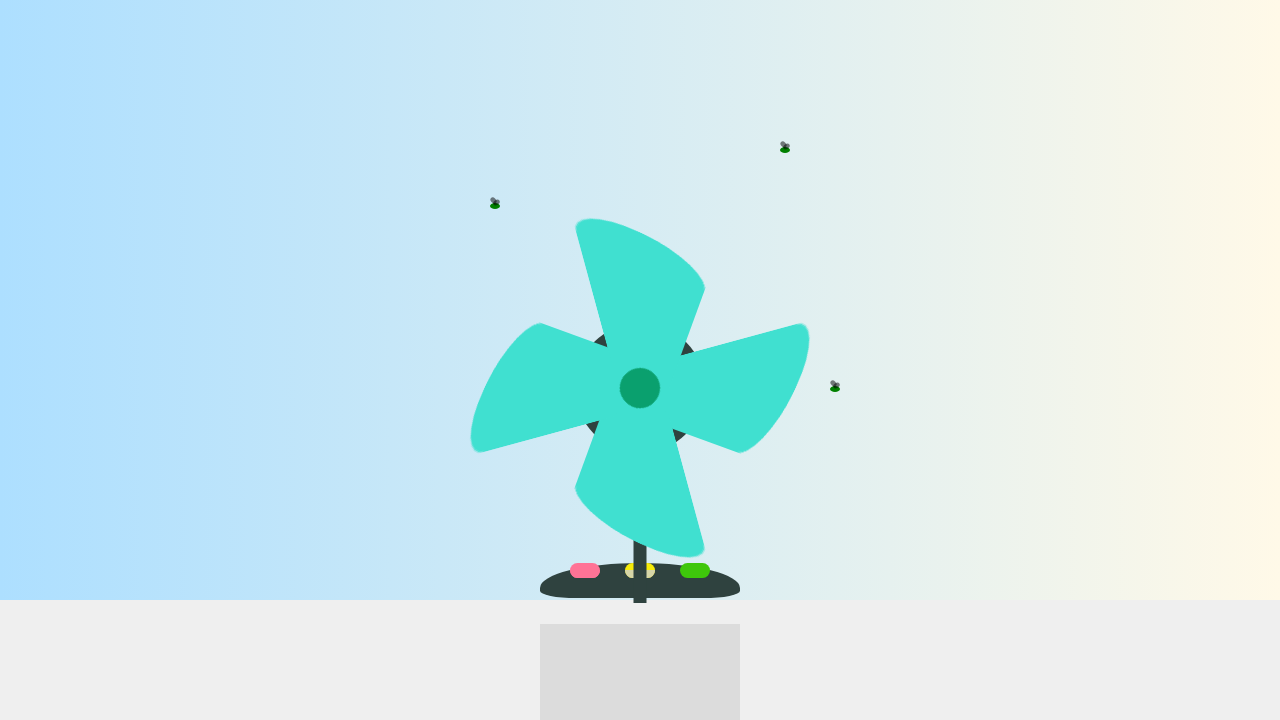
Repository: VuTuanAnh0949/CodeFan
Page: index.html
These files come from the project's save history. The page is drawn as it stood at one moment and after the next save; the edit follows.
The browser window is 1280 px wide. The pictures show the whole page.

Above is the page before, as saved 2022-06-22 11:58:02.

### index.html
<!DOCTYPE html>
<html lang="en">
<head>
    <meta charset="UTF-8">
    <meta http-equiv="X-UA-Compatible" content="IE=edge">
    <meta name="viewport" content="width=device-width, initial-scale=1.0">
    <title>Document</title>
    <link rel="stylesheet" href="style.css">
</head>
<body>
    <div class="windows">
        <div class="window"></div>

    </div>
    <div class="fan">
        <div class="fan__root"> <span class="top"> <label class="green" for="engine"></label> <label class="yellow"
                    for="engine2"></label> <label class="pink" for="jack"></label> </span> <span class="bottom"></span>
        </div>
        <div class="fan__staddle"></div> <input type="checkbox" id="jack" hidden />
        <div class="head">
            <div class="fan__engine"> <span class="center"></span> </div> <input type="checkbox" id="engine" hidden
                checked />
            <div> <span class="fly"></span> <span class="fly"></span> <span class="fly"></span>
                <div class="fan__blades"> <input type="checkbox" id="engine2" hidden checked />
                    <div class="fan__blades">
                        <div class="center"></div>
                        <div class="blade"><span></span></div>
                        <div class="blade"><span></span></div>
                        <div class="blade"><span></span></div>
                        <div class="blade"><span></span></div>
                    </div>
                </div>
            </div>
        </div>
    </div>

</body>
</html>

### style.css
html {
    overflow: hidden;
}

body {
    overflow: hidden;
    margin: 0;
    padding: 0;
    background: linear-gradient(90deg, #addfff, #fff9e8);
    display: flex;
    justify-content: center;
    align-items: center;
    width: 100vw;
    height: 100vh;
    position: relative;
}

body::after {
    position: absolute;
    width: 100%;
    content: "";
    height: calc(100% - 600px);
    z-index: 0;
    background: #efefef;
    bottom: 0;
}

@keyframes spin {
    from {
        transform: rotate(0deg);
    }

    to {
        transform: rotate(360deg);
    }
}

@keyframes off {
    to {
        transform: rotate(380deg);
    }
}

@keyframes off2 {
    to {
        transform: rotate(880deg);
    }
}

@keyframes fly {
    to {
        margin-top: 50px;
    }
}

span {
    display: block;
}

.windows {
    width: 100vw;
    height: 100vh;
    position: absolute;
    z-index: 0;
    top: 0;
    left: 0;
    display: flex;
    align-content: flex-start;
}


.fly {
    transition: 0.5s all cubic-bezier(0.04, 0.06, 0, 1.18), 1s transform;
    width: 10px;
    height: 6px;
    background: green;
    border-radius: 50%;
    position: absolute;
    animation: fly 5s alternate infinite ease-in-out;
}

.fly:nth-of-type(1) {
    top: -78px;
    left: -200px;
}

.fly:nth-of-type(2) {
    transform: translateY(-10px);
    animation-delay: 4s;
    top: 5px;
    right: -250px;
}

.fly:nth-of-type(3) {
    transform: translateY(0px);
    top: 400px;
    animation-delay: 2s;
    right: -400px;
}

.fly::after,
.fly::before {
    content: "";
    position: absolute;
    width: 7px;
    height: 5px;
    background-color: rgba(0, 0, 0, 0.5);
    display: block;
    border-radius: 50%;
}

.fly::before {
    bottom: 4px;
    transform: rotate(325deg);
    left: 3px;
}

.fly::after {
    transform: rotate(45deg);
    bottom: 6px;
}

.fan {
    width: 500px;
    height: 500px;
    position: relative;
    z-index: 1;
    margin-top: 75px;
    perspective: 500px;
}

.fan::after {
    content: "";
    display: block;
    position: absolute;
    height: 500px;
    width: 200px;
    background: rgba(0, 0, 0, 0.08);
    top: calc(100% - 24px);
    left: calc(50% - 100px);

}

.fan__root {
    width: 200px;
    position: absolute;
    bottom: 0;
    left: 50%;
    transform: translateX(-50%);
}

.fan__root .top {
    overflow: hidden;
    width: 200px;
    height: 25px;
    position: relative;
}

.fan__root .top::after {
    content: "";
    display: block;
    width: 200px;
    height: 50px;
    background: #2f423f;
    border-radius: 50%;
}

.fan__root .top .green {
    position: absolute;
    width: 30px;
    height: 15px;
    border-radius: 15px;
    display: block;
    right: 30px;
    background: #3EC70B;
    cursor: pointer;
    overflow: hidden;
}

.fan__root .top .yellow {
    position: absolute;
    width: 30px;
    height: 15px;
    border-radius: 15px;
    display: block;
    right: 85px;
    background: #F7EC09;
    cursor: pointer;
    overflow: hidden;
}

.fan__root .top .yellow::after {
    content: "";
    display: block;
    width: 100%;
    height: 50%;
    position: absolute;
    bottom: 0;
    background: #F7EC09;
}

.fan__root .top .yellow::after {
    content: "";
    display: block;
    width: 100%;
    height: 50%;
    position: #F7EC09;
    bottom: 0;
    background: #D6D5A8;
}

.fan__root .top .pink {
    position: absolute;
    cursor: pointer;
    width: 30px;
    height: 15px;
    border-radius: 15px;
    display: block;
    left: 30px;
    background: #FF7396;
    overflow: hidden;
}

.fan__root .top .pink::after {
    content: "";
    display: block;
    width: 100%;
    height: 50%;
    position: absolute;
    bottom: 0;
    background: #FF7396;
}

.fan__root .bottom {
    overflow: hidden;
    width: 200px;
    height: 60px;
}

.fan__root .bottom::after {
    content: "";
    display: block;
    width: 200px;
    height: 40px;
    background: #2f423f;
    border-radius: 18%;
    transform: translateY(-30px);
}

.fan__staddle {
    position: absolute;
    bottom: 45px;
    background: #2f423f;
    height: 270px;
    width: 13px;
    left: 50%;
    transform: translateX(-50%);
}

.fan__engine {
    position: absolute;
    bottom: 0px;
    width: 130px;
    height: 130px;
    background: #2f423f;
    border-radius: 50%;
    left: 50%;
    transform: translateX(-50%);
}

.fan__engine::after {
    content: "";
    background: #2f423f;
    display: block;
    width: 25px;
    height: 50px;
    position: absolute;
    top: 105px;
    left: 50%;
    transform: translateX(-50%);
    border-radius: 0 0 5px 5px;
}

.fan__blades {
    width: 230px;
    height: 230px;
    position: absolute;
    bottom: -50px;
    transition: 2s;
    transform-origin: center center;
    left: calc(50% - 115px);
    z-index: 1;
    animation: spin infinite 0.38s linear forwards;
}

.fan__blades .fan__blades {
    bottom: 0;
    animation: spin infinite 0.5s linear forwards;
}

.fan__blades .blade {
    position: absolute;
    width: 80px;
    height: 100%;
    left: 50%;
    transform: translateX(-50%) skewY(25deg);
    perspective: 500px;
    transform-style: preserve-3d;
}

.fan__blades .blade:nth-child(2) {
    transform: translateX(-50%) rotate(90deg) skewY(25deg);
}

.fan__blades .blade:nth-child(3) {
    transform: translateX(-50%) rotate(180deg) skewY(25deg);
}

.fan__blades .blade:nth-child(4) {
    transform: translateX(-50%) rotate(270deg) skewY(25deg);
}

.fan__blades .blade span {
    width: 100%;
    height: 200%;
    border-radius: 44px;
    background: turquoise;
    position: absolute;
    top: -66px;
    display: block;
    transform-style: preserve-3d;
    transform: rotateX(81deg);
    overflow: hidden;
}

.fan__blades .blade span::after {
    width: 50%;
    height: 100%;
    content: "";
    display: block;
    background: turquoise;
    transform: rotate(0deg);
}

.fan__blades .center {
    position: absolute;
    overflow: hidden;
    width: 40px;
    height: 40px;
    border-radius: 50%;
    left: 50%;
    top: 50%;
    transform: translate(-50%, -50%) rotate(45deg);
    background: #0aa06e;
    z-index: 2;
}

.fan__blades .center::after {
    display: block;
    content: "";
    width: 40px;
    height: 20px;
    background: #0aa06e;
}

.head {
    transition: 1s transform;
    height: auto;
    width: auto;
    position: absolute;
    width: 300px;
    height: 300px;
    bottom: 195px;
    left: calc(50% - 150px);
    /* transform: translateX(-50%); */
}

#engine:checked+div>div {
    animation: off2 1s ease-out forwards;
}

#engine:checked+div>span:nth-child(1) {
    transition: 5s all ease-in-out, 1s transform;
    left: 0px;
    top: 0px;
}

#engine:checked+div>span:nth-child(2) {
    transition: 5s all ease-in-out, 1s transform;
    right: 0px;
    top: 0px;
}

#engine:checked+div>span:nth-child(3) {
    transition: 7s all ease-in-out, 1s transform;
    right: -50px;
    top: 200px;
}

#engine2:checked+div {
    animation: off 1s ease-out forwards;
}

#jack:checked+div {
    transform: translateY(-115px);
}

#jack:checked+div>div:nth-child(3)>span {
    transform: translateY(115px);
}

After the next save:
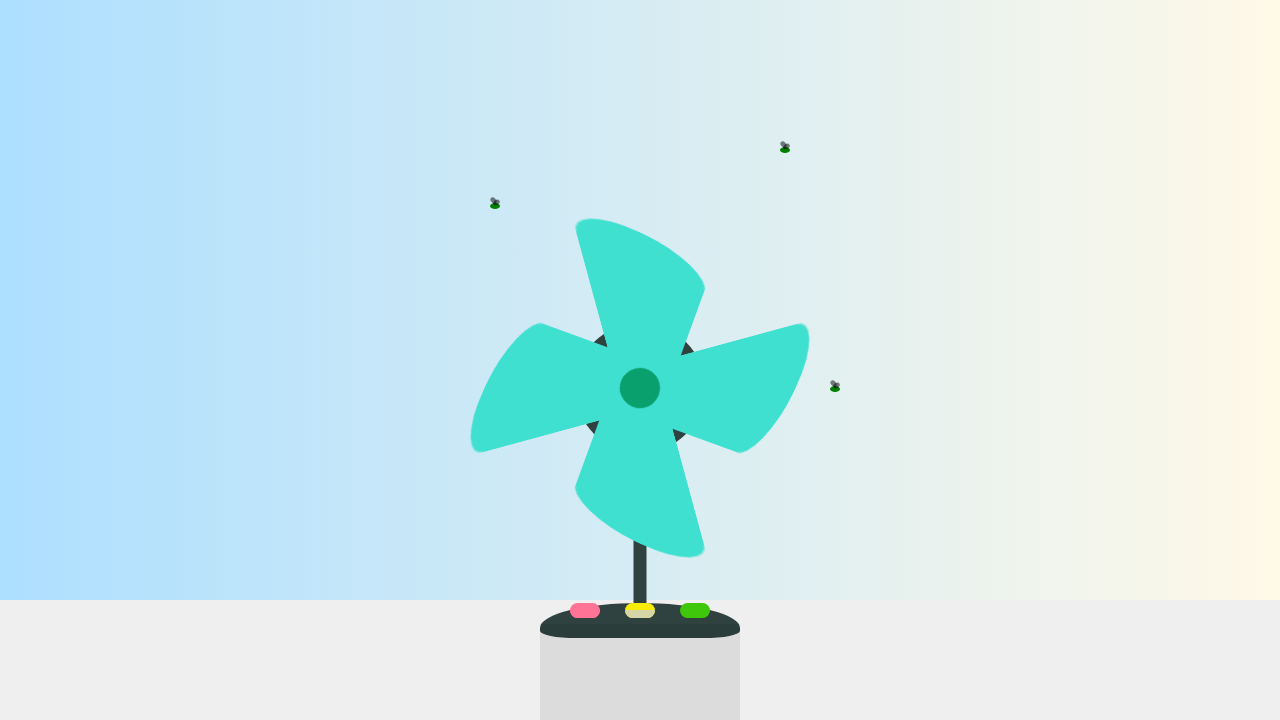
Saved 7 s later.
--- a/style.css
+++ b/style.css
@@ -234,7 +234,7 @@ span {
 .fan__root .bottom {
     overflow: hidden;
     width: 200px;
-    height: 60px;
+    height: 20px;
 }
 
 .fan__root .bottom::after {
